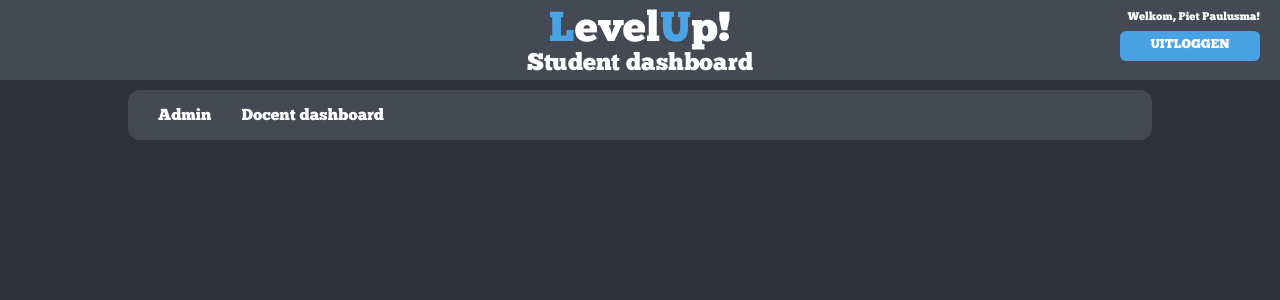
Repository: boblanckenburg/levelup
Page: website/src/index.html
An editor plug-in stored every save of this project. The page is shown before and after the next save, followed by the edit.
The browser window is 1280 px wide. The pictures show the whole page.

Above is the page before, as saved 2014-10-16 15:08:14.

After the next save:
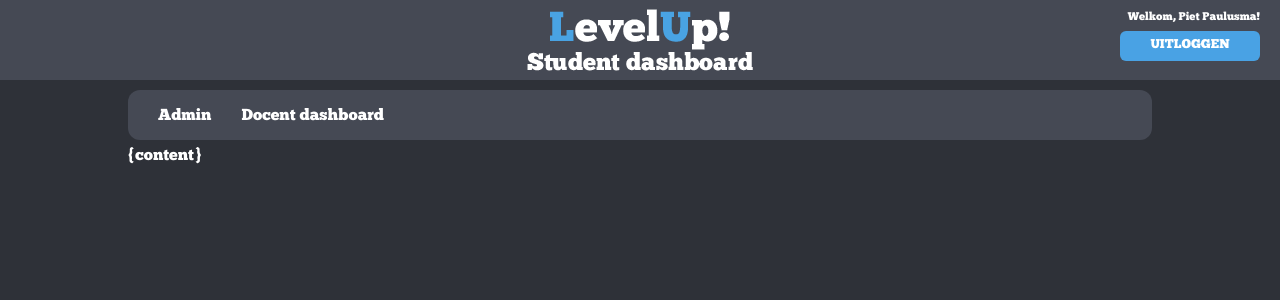
Saved 66 s later.
--- a/website/src/index.html
+++ b/website/src/index.html
@@ -30,7 +30,7 @@
 				<a>Docent dashboard</a>
 			</section>
 			<div class="content">
-
+				{content}
 			</div>
 		</div>
     </body>
